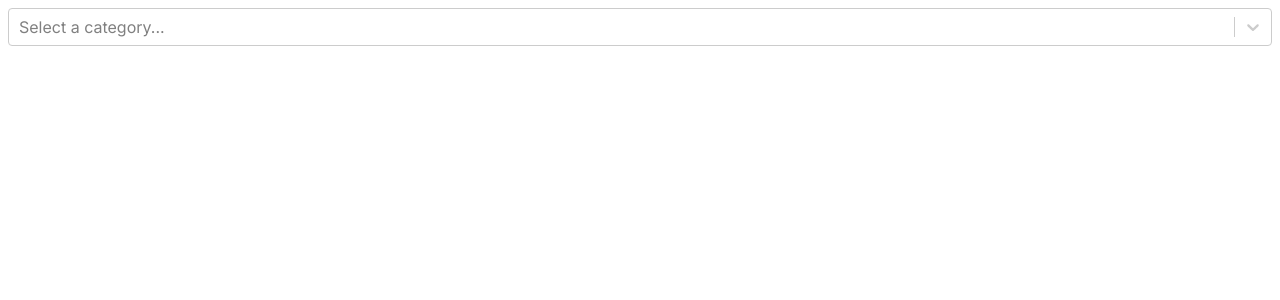
Repository: abdulrahmanmahmood/Mazaady-Portal-Frontend-Task-react-next--1
Page: /
The author's editor kept a copy of each file at every save. The page is drawn from the files as they stood at one save, then again after the next save.
The browser window is 1280 px wide. The pictures show the whole page.
The page's requests for data from a server got no answer. The project was rebuilt for these pictures with package versions that can differ from the ones it lists, and the page was loaded fresh each time. The framework's server and built-in components were replaced by stand-ins that run in the browser. No one was signed in, and anything a server would have sent is missing. Also part of the build but not shown: next.config.mjs.

Above is the page before, as saved 2024-01-29 18:43:22.

### app/page.js
"use client";
import Image from "next/image";
import Select from "react-select";
import { useEffect, useState } from "react";
import MCApis from "./_utils/MCApis";

export default function Home() {
  const [cats, setCats] = useState([]);
  const [selectedCat, setSelectedCat] = useState(null);
  const [selectedCatChildren, setSelectedCatChildren] = useState([]);
  const [selectedChild, setSelectedChild] = useState(null);
  const [selectedProperty, setSelectedProperty] = useState(null);
  const [otherValue, setOtherValue] = useState("");

  useEffect(() => {
    getAllCategories();
  }, []);

  const getAllCategories = () => {
    MCApis.getAllCats().then((res) => {
      setCats(res.data.data.categories);
      console.log(res.data.data.categories);
    });
  };

  const handleChange = (selectedOption) => {
    const selectedCatItem = cats.find((cat) => cat.id === selectedOption.value);

    setSelectedCat(selectedOption);
    setSelectedCatChildren(selectedCatItem?.children || []);
    setSelectedChild(null);
    setSelectedProperty(null);
    setOtherValue("");
  };

  const handleChildChange = (selectedChildOption) => {
    setSelectedChild(selectedChildOption);
    setSelectedProperty(null);
    setOtherValue("");
  };

  const handlePropertyChange = (selectedPropertyOption) => {
    setSelectedProperty(selectedPropertyOption);
    if (selectedPropertyOption?.value !== "other") {
      setOtherValue("");
    }
  };

  return (
    <main className="flex items-center justify-center h-screen">
      <div className="bg-white p-8 rounded-md shadow-md w-full max-w-md">
        {/* Main Category Dropdown */}
        <Select
          options={cats.map((item) => ({
            value: item?.id,
            label: item?.name,
          }))}
          onChange={handleChange}
          value={selectedCat}
          placeholder="Select a category..."
          className="p-2 border rounded-md focus:outline-none focus:ring focus:border-blue-300 mb-4"
        />

        {/* Children Category Dropdown */}
        {selectedCat && selectedCatChildren.length > 0 && (
          <Select
            options={selectedCatChildren.map((child) => ({
              value: child.id,
              label: child.name,
            }))}
            onChange={handleChildChange}
            value={selectedChild}
            placeholder="Select a sub-category..."
            className="w-full p-2 border rounded-md focus:outline-none focus:ring focus:border-blue-300 mb-4"
          />
        )}

        {/* Property Dropdown */}
        {selectedChild && (
          <Select
            options={(selectedChild?.properties || [])
              .map((property) => ({
                value: property,
                label: property,
              }))
              .concat([{ value: "other", label: "Other" }])}
            onChange={handlePropertyChange}
            value={selectedProperty}
            placeholder="Select a property..."
            className="w-full p-2 border rounded-md focus:outline-none focus:ring focus:border-blue-300 mb-4"
          />
        )}

        {/* Display Selected Category, Children, and Property */}
        {selectedCat && (
          <>
            {selectedProperty && selectedProperty.value === "other" && (
              <input
                type="text"
                value={otherValue}
                onChange={(e) => setOtherValue(e.target.value)}
                placeholder="Enter other value..."
                className=""
              />
            )}
            {/* ... (your existing code) */}
          </>
        )}
      </div>
    </main>
  );
}

### app/_utils/MCApis.js
const { default: axiosClient } = require("./axiosClient");

const getAllCats = ()=>axiosClient.get('/get_all_cats?=');

export default {
  getAllCats
}

### app/_utils/axiosClient.js
const { default: axios } = require("axios");


const apiUrl = "https://staging.mazaady.com/api/v1";
const headers = {
  "private-key": "3%o8i}_;3D4bF]G5@22r2)Et1&mLJ4?$@+16"
};

const axiosClient = axios.create({
  baseURL:apiUrl,
  headers:headers

});

export default axiosClient;

Loaded but not shown: app/layout.js (common file)

After the next save:
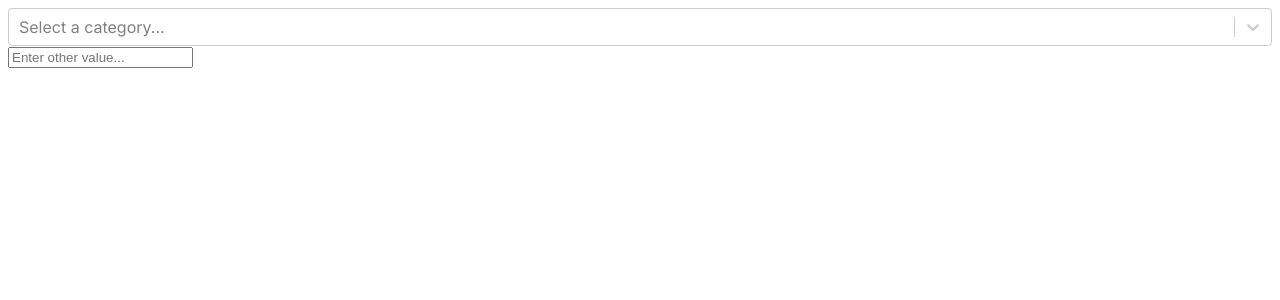
Saved 28 s later.
--- a/app/page.js
+++ b/app/page.js
@@ -106,6 +106,13 @@ export default function Home() {
             {/* ... (your existing code) */}
           </>
         )}
+              <input
+                type="text"
+                value={otherValue}
+                onChange={(e) => setOtherValue(e.target.value)}
+                placeholder="Enter other value..."
+                className=""
+              />
       </div>
     </main>
   );
